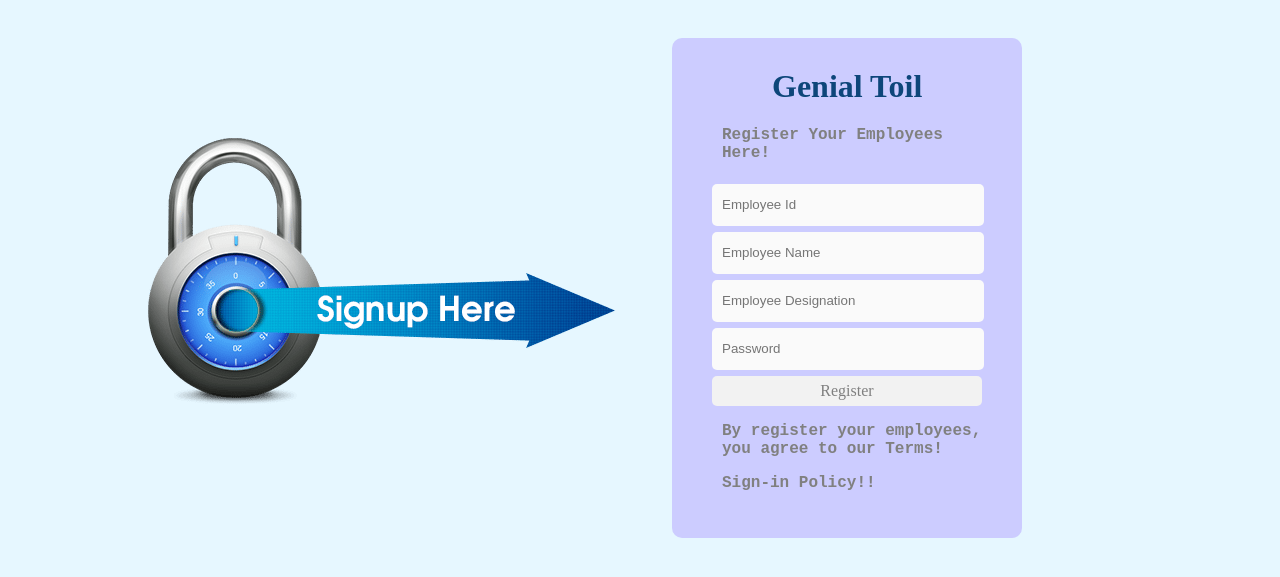
Repository: robin9533/Basic-Programs-App.
Page: GW-Genial Work Proj/GT_GenialToil/WebContent/EmployeeSignup.html
These files come from the project's save history. The page is drawn as it stood at one moment and after the next save; the edit follows.
The browser window is 1280 px wide. The pictures show the whole page.

Above is the page before, as saved 2019-05-10 13:19:33.

After the next save:
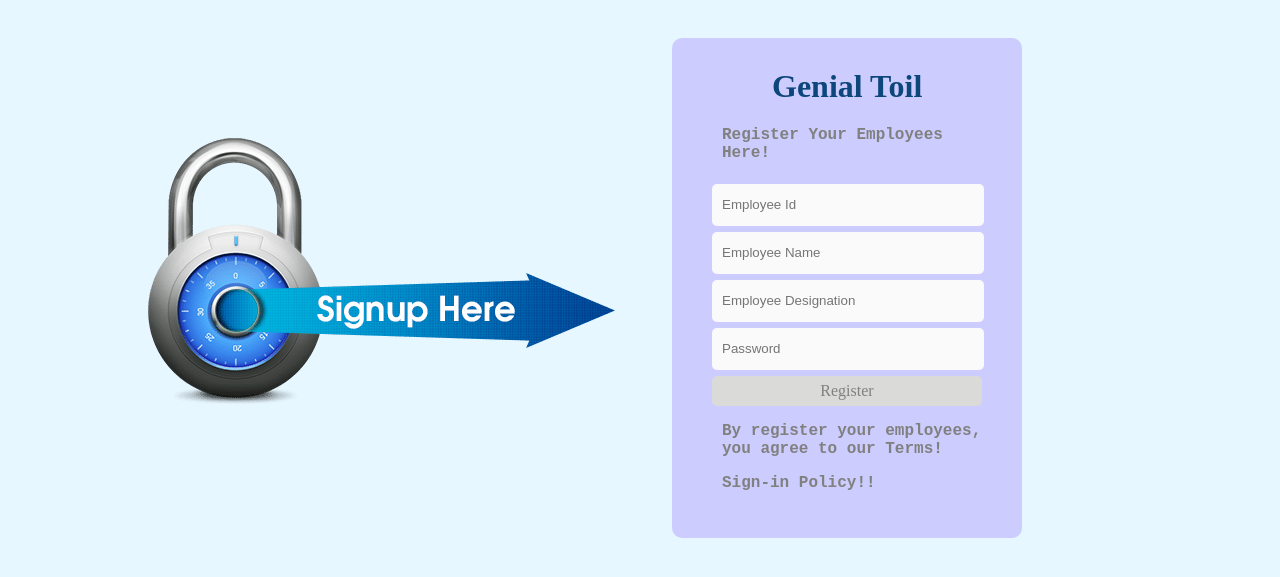
Saved 119 s later.
--- a/GW-Genial Work Proj/GT_GenialToil/WebContent/EmployeeSignup.css
+++ b/GW-Genial Work Proj/GT_GenialToil/WebContent/EmployeeSignup.css
@@ -45,7 +45,7 @@ body{
 	color:gray;
 	font-family:inherit;
 	font-size:16px;
-	background: #f2f2f2;
+	background: #DADAD8;
 	border-radius:5px;
 	border: 0px solid #3897F0;
 	}
